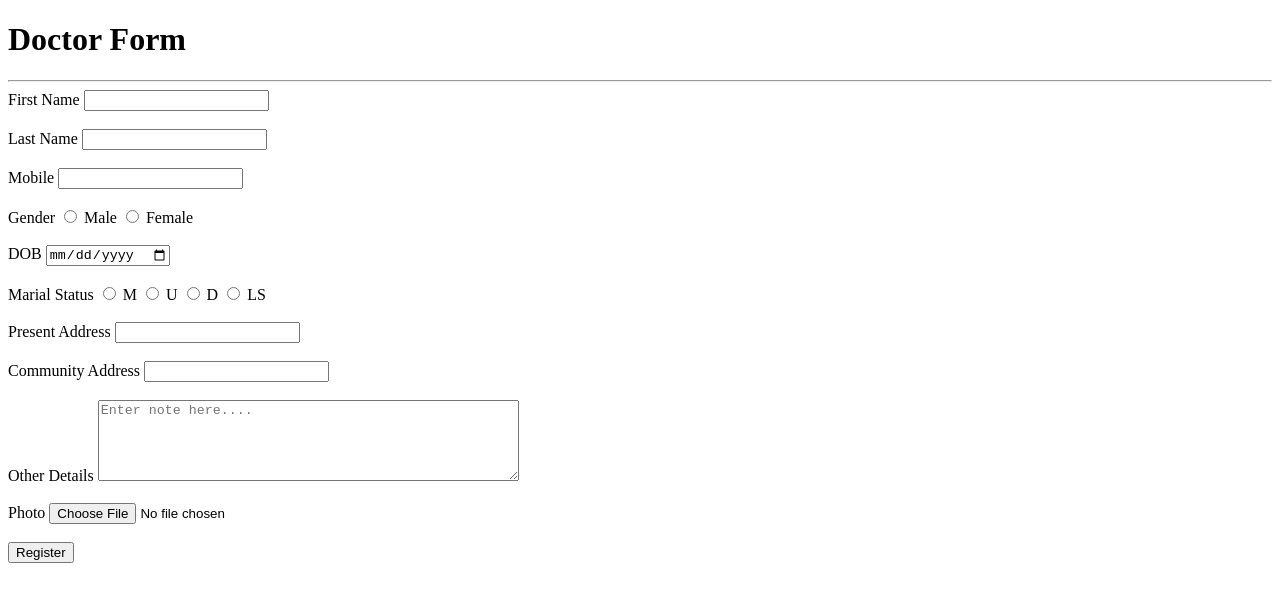
Repository: aayush105/Advance-Java
Page: http://localhost/Doctorpatient/patient.jsp
These files come from the project's save history. The page is drawn as it stood at one moment and after the next save; the edit follows.
The browser window is 1280 px wide. The pictures show the whole page.
The page is served by Tomcat 10.

Above is the page before, as saved 2023-07-20 11:27:40.

After the next save:
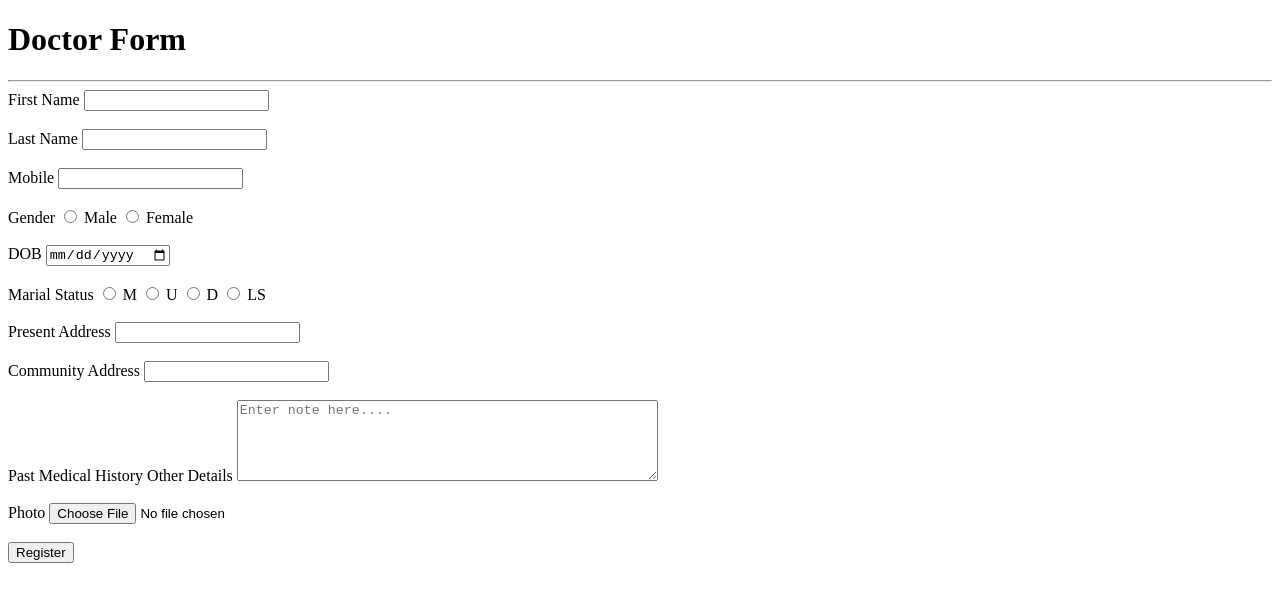
Saved 12 s later.
--- a/Doctorpatient/src/main/webapp/patient.jsp
+++ b/Doctorpatient/src/main/webapp/patient.jsp
@@ -26,6 +26,9 @@ Marial Status <input type="radio" name="status" value="M"> M
 <br><br>
 Present Address <input type ="text" name ="paddress"><br><br>
 Community Address <input type ="text" name ="caddress"><br><br>
+Past Medical History
+
+
 Other Details <textarea rows = "5" cols = "50" name = "note" placeholder ="Enter note here...."></textarea><br><br>
 Photo <input type="file" name="photo"><br><br>
   <input type="submit" value="Register" >
